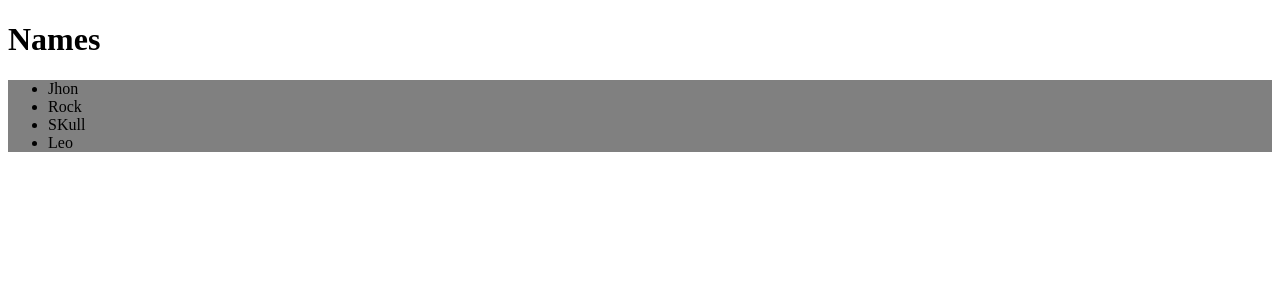
Repository: NithishKoriyar/phpprojectgh
Page: http://localhost/names.php
The author's editor kept a copy of each file at every save. The page is drawn from the files as they stood at one save, then again after a run of saves.
The browser window is 1280 px wide. The pictures show the whole page.
The page is run by PHP 8.4 with error messages shown; the project is at /var/www/html/.

Above is the page before, as saved 2022-12-14 12:48:34.

After the next 3 saves:
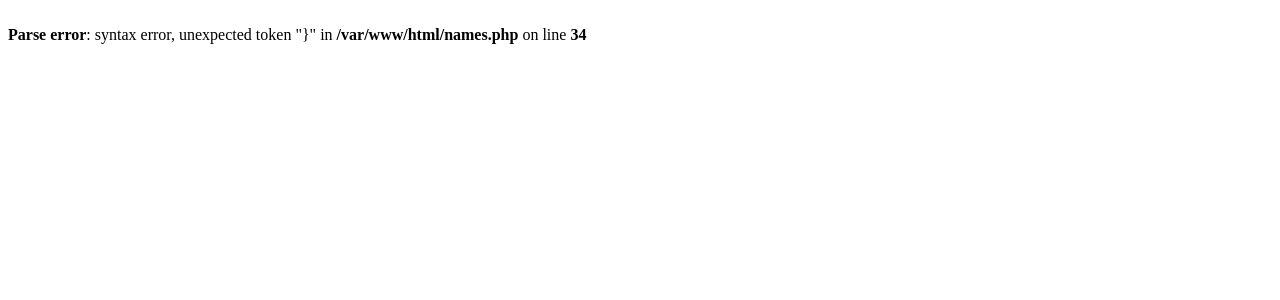
The 3 saves are shown as one change because they came seconds apart.
The last was saved 75 s later.
--- a/names.php
+++ b/names.php
@@ -30,7 +30,7 @@
     </ul>
     <?php
     if($name > 3){
-
+        echo
     }
 ?>
 

After the save that followed:
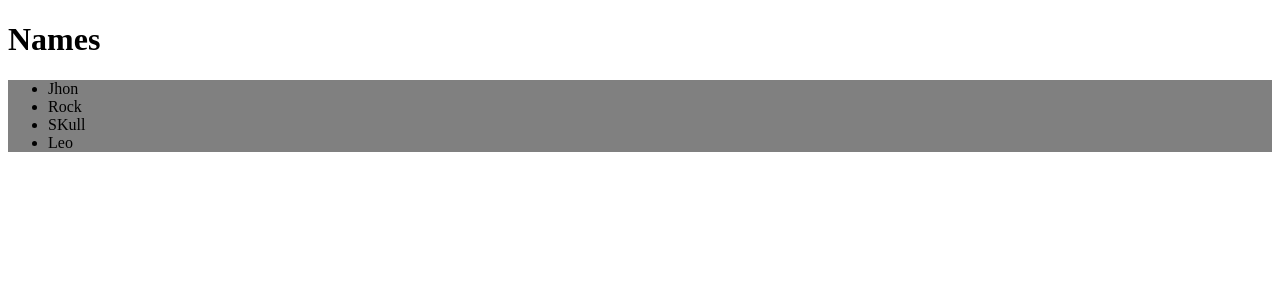
Saved 7 s later.
--- a/names.php
+++ b/names.php
@@ -30,7 +30,7 @@
     </ul>
     <?php
     if($name > 3){
-        echo
+
     }
 ?>
 
